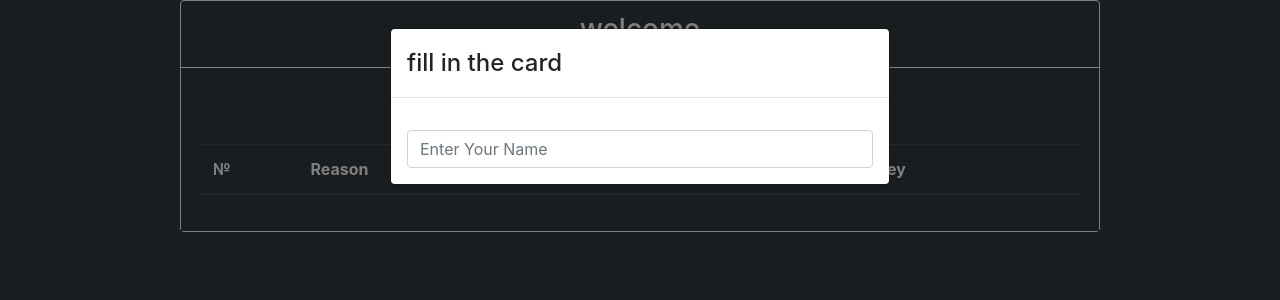
Repository: surefaceJS/allMyWorkInaliLinux
Page: hardcha/index.html
An editor plug-in stored every save of this project. The page is shown before and after a run of saves, followed by the edit.
The browser window is 1280 px wide. The pictures show the whole page.

Above is the page before, as saved 2021-04-19 12:29:42.

### hardcha/index.html
<!DOCTYPE html>
<html lang="en">

<head>
    <meta charset="UTF-8">
    <meta http-equiv="X-UA-Compatible" content="IE=edge">
    <meta name="viewport" content="width=device-width, initial-scale=1.0">
    <title>ReadyWebPage</title>
    <link rel="stylesheet" href="css/bootstrap.css">
    <link rel="stylesheet" href="fontawesome-free-5.15.2-web/css/all.min.css">
    <link rel="stylesheet" href="css/main.css">
</head>

<body class="bg-dark">


    <div class="container">



        <!-- The Modal -->
        <div class="modal" id="myModal">
            <div class="modal-dialog">
                <div class="modal-content">

                    <!-- Modal Header -->
                    <div class="modal-header">
                        <h4 class="modal-title text">fill in the card</h4>

                    </div>

                    <!-- Modal body -->
                    <div class="modal-body">
                        <input type="text" class="form-control mt-3" id="userName" placeholder="Enter Your Name">
                    </div>

                </div>
            </div>
        </div>

        <div class="row">
            <div class="col-10 m-auto">
                <div class="card border-white">

                    <div class="card-header border-white bg-dark text-white text-center">
                        <h3>welcome <span id="pushName"></span> </h3>
                    </div>
                    <div class="card-body bg bg-dark">
                        <h1 class="text-danger text-center text-uppercase font-intel-bold" id="pushMonay"><span class="text-white">$</span></h1>

                        <table class="table table-dark table-hover table-striped">
                            <thead>
                                <tr>
                                    <th>№</th>
                                    <th>Reason</th>
                                    <th>Spend Money</th>
                                    <th>Type Money</th>
                                </tr>
                            </thead>
                            <tbody id="result"></tbody>
                        </table>
                    </div>

                </div>
            </div>
        </div>
    </div>

    <script src="js/jquery-3.3.1.slim.min.js"></script>
    <script src="js/popper.min.js"></script>
    <script src="js/bootstrap.js"></script>
    <script src="js/app.js"></script>
</body>

### hardcha/css/main.css
/*********************  FONTS STYLE *************************/
@font-face {
  font-family: "Inter-Bold";
  src: url("../asssets/fonts/Inter/Inter-Bold.ttf") format("truetype"); }
@font-face {
  font-family: "Inter-Regular";
  src: url("../asssets/fonts/Inter/Inter-Regular.ttf") format("truetype"); }
@font-face {
  font-family: "Inter-Light";
  src: url("../asssets/fonts/Inter/Inter-Light.ttf") format("truetype"); }
@font-face {
  font-family: "Inter-SemiBold";
  src: url("../asssets/fonts/Inter/Inter-SemiBold.ttf") format("truetype"); }
.font-intel-bold {
  font-family: "Inter-Bold", sans-serif; }

.font-intel-regular {
  font-family: "Inter-Regular", sans-serif; }

.font-intel-light {
  font-family: "Inter-Light", sans-serif; }

.font-inter-semi-bold {
  font-family: "Inter-SemiBold", sans-serif; }

/*# sourceMappingURL=main.css.map */

### hardcha/js/app.js
$(document).ready(function() {
    $('#myModal').modal('show');
});

Loaded but not shown: hardcha/css/bootstrap.css (library); hardcha/fontawesome-free-5.15.2-web/css/all.min.css (library); hardcha/js/jquery-3.3.1.slim.min.js (library); hardcha/js/popper.min.js (library); hardcha/js/bootstrap.js (library)

After the next 3 saves:
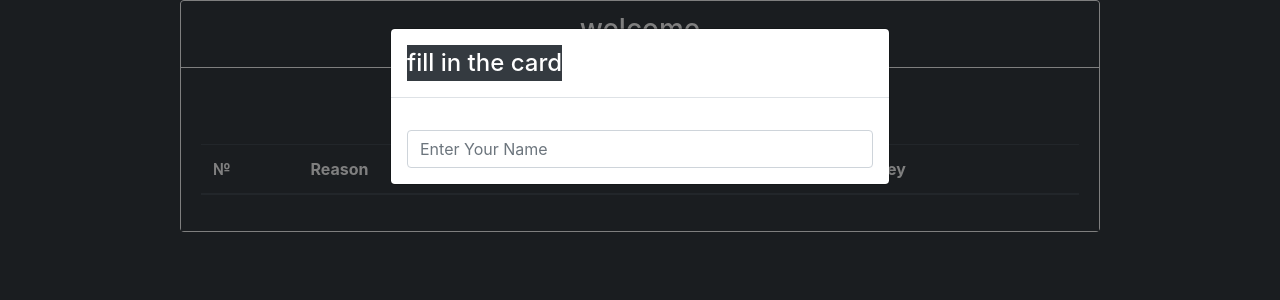
The 3 saves are shown as one change because they came seconds apart.
The last was saved 7 s later.
--- a/hardcha/index.html
+++ b/hardcha/index.html
@@ -25,7 +25,7 @@
 
                     <!-- Modal Header -->
                     <div class="modal-header">
-                        <h4 class="modal-title text">fill in the card</h4>
+                        <h4 class="modal-title text-white bg-dark ">fill in the card</h4>
 
                     </div>
 
